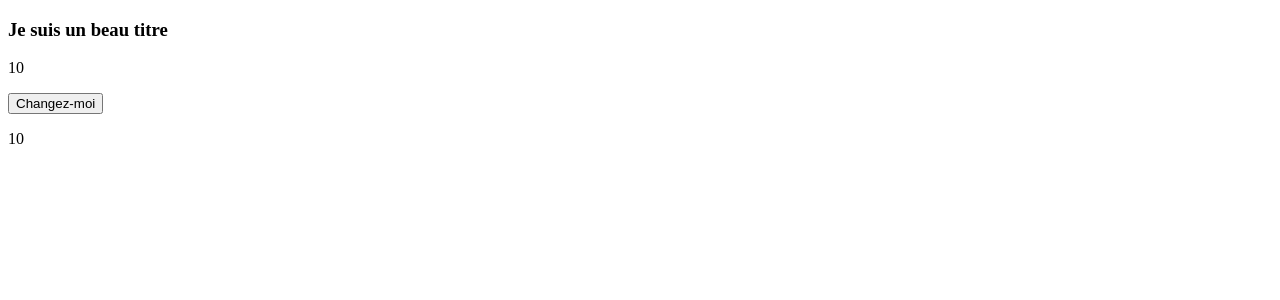
Repository: Symfomany/reacthoc
Page: /
These files come from the project's save history. The page is drawn as it stood at one moment and after the next save; the edit follows.
The browser window is 1280 px wide. The pictures show the whole page.
The project was rebuilt for these pictures with package versions that can differ from the ones it lists, and the page was loaded fresh each time.

Above is the page before, as saved 2018-06-05 19:34:28.

After the next save:
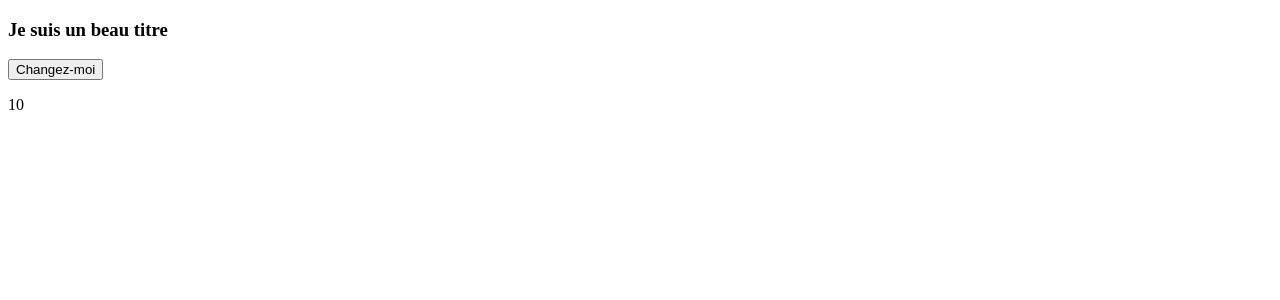
Saved 20 s later.
--- a/src/components/Title.js
+++ b/src/components/Title.js
@@ -8,19 +8,19 @@
 class Title extends Component {
   constructor(props) {
     super(props);
-    this.state = { nbDisplay: this.props.store.data.nbDisplay };
+    this.state = { nbDisplay: Store.data.nbDisplay };
     this.changer = this.changer.bind(this);
   }
 
   changer() {
     this.props.store.register("message", "Hello Alpha!");
-    this.setState({ nbDisplay: this.state.nbDisplay + 1 });
+    this.setState({ nbDisplay: Store.nbDisplay + 1 });
   }
   render() {
     const nb = 2;
     return (
       <div>
-        <p>{this.state.nbDisplay}</p>
+        <p>{Store.nbDisplay}</p>
         <button onClick={this.changer}>Changez-moi</button>
       </div>
     );

After the save that followed:
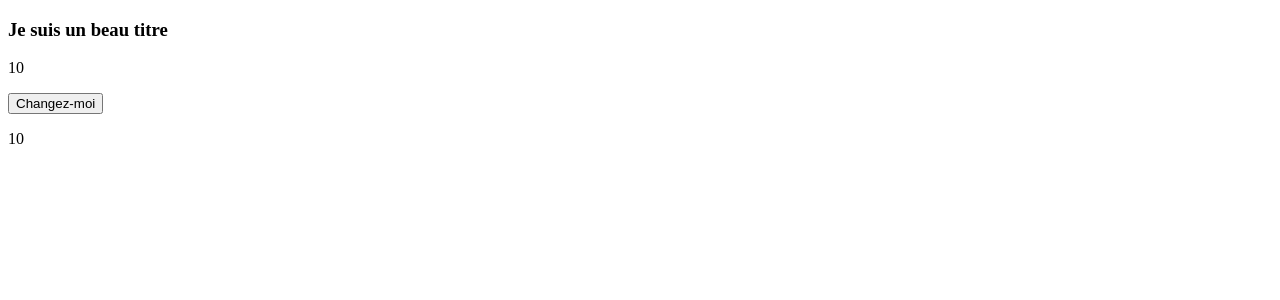
Saved 18 s later.
--- a/src/components/Title.js
+++ b/src/components/Title.js
@@ -14,13 +14,13 @@
 
   changer() {
     this.props.store.register("message", "Hello Alpha!");
-    this.setState({ nbDisplay: Store.nbDisplay + 1 });
+    this.setState({ nbDisplay: Store.data.nbDisplay + 1 });
   }
   render() {
     const nb = 2;
     return (
       <div>
-        <p>{Store.nbDisplay}</p>
+        <p>{Store.data.nbDisplay}</p>
         <button onClick={this.changer}>Changez-moi</button>
       </div>
     );
